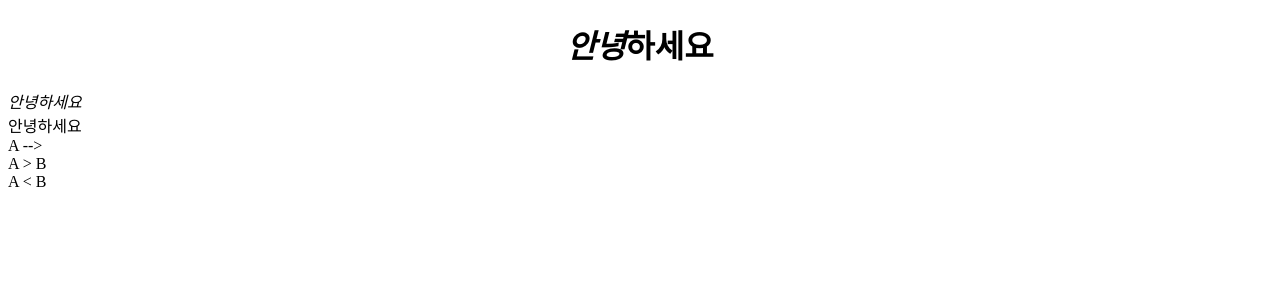
Repository: dnjs0/HCJ
Page: ClientTest/src/main/webapp/ex03.html
These files come from the project's save history. The page is drawn as it stood at one moment and after the next save; the edit follows.
The browser window is 1280 px wide. The pictures show the whole page.

Above is the page before, as saved 2025-02-10 06:49:38.

### ClientTest/src/main/webapp/ex03.html
<!DOCTYPE html>
<html lang="ko">
<head>
	<meta charset="UTF-8">
	<title>ex03.html</title>
</head>
<body>
	<!--

	   HTML 구성요소

	   1. 태그(Tag) / 요소(Element)
	   2. 특성(Attribute)
	   3. 텍스트(PCDATA)
	   -----------------------------------------
	   4. 주석(Comment)
	   -----------------------------------------
	   5. 선언문(Declaration)
	   6. 엔티티(Entity)
	   7. 외부요소
	   8. 등등..


	<!-- 1. 태그(tag) / 요소(element)
	- 명령여를 >로 묶에 놓은 요소
	- HTML의 주요 요소
	- HTML 문서의 골격(뼈대)을 만드는 역할(레이아웃 발생)
	- 데이터를 화면에 출력하는 역할
	- 각 태그마다 역할 부여 > 출력되는 형태 or 기능 or 의미가 다르다.

	1.1 HTML 태그 표현 방식
	   a. <태그명>내용물 영역</태그명>
	       - 내용물을 가지는 태그
	       - 쌍태그
	       - < 태그명> : 시작 태그
	       - </태그명> : 끝태그

	   b. <태그명>
	       - 내용물이 없는 태그
	       - 단독 태그, 빈 태그(Empty tag)

	1.2 태그 내용물 형식, Content type
	   - <태그>형식</태그>
	   a. 자식 태그
	       - 또 다른 테그들이 내용물로 구성된다.
	       - 문자열은 올 수 없다.

	   b. PCDATA, Parsed Character Data
	       - 문자열만 올 수 있다. ex) title
	       - 자식 태그를 가질 수 없다.

	   c. Empty
	       - 아무것도 가지지 않는다. > 단독태그, 빈태그

	   d. Mixed, 혼합형
	       - 자식으로 ㅌ태그와 문자열이 모두 올 수 있다.
	       - a  + b + c
	       - HTML 태그의 대부분은 혼합형이다.


    2. 특성(Attribute)
    - 태그가 가지는 데이터의 한 종류
    - 태그가 가지는 성질을 정의한다.
    - 속성값(CDATA)
	- 표기법
	   a. <시작태그 속성명 = "값"></끝태그>
	   a. <시작태그 속성명 = "값" 속성명 = "값" 속성명 = "값"></끝태그>
	   b. <단독태그 속성명 = "값">

	   c. <시작태그 속성명 = "값"></끝태그> : 사용O
	   d. <시작태그 속성명 = '값'></끝태그> : 사용O
	   e. <시작태그 속성명 = 값></끝태그> : 사용X




    3. 텍스트(PCDATA)
    - 태그가 가지는 문자열(데이터)
    - 시작 태그와 끝 태그 사이의 모든 문자열
	- 용도 : 화면에 출력하는 데이터
	- 파싱(Parsed) > 구문을 분석 + 조각 내는 작업



	6. 엔티티(Entity)
	- 브라우저와 정해진 약속이 되어 있는 표현
	   > 소스상에 약속된 표현을 작성하면, 브라우저는 화면에 출력하기 전에 약속죈 표현으로 바꿔서 출력한다.
	- &nbsp; > 공백문자 1개
	- &gt; > '>' greater than
	- &lt; > '<' less than
	- &copy;
	- &#문자코드;

	-->




	<h1 align = "center"><i>안녕</i>하세요</h1>
	<i>안녕하세요</i>
	<br>
	안녕하세요
	<br>
	&#65;


	-->


	<div>A &gt; B</div>
	<div>A &lt; B</div>




</body>
</html>

After the next save:
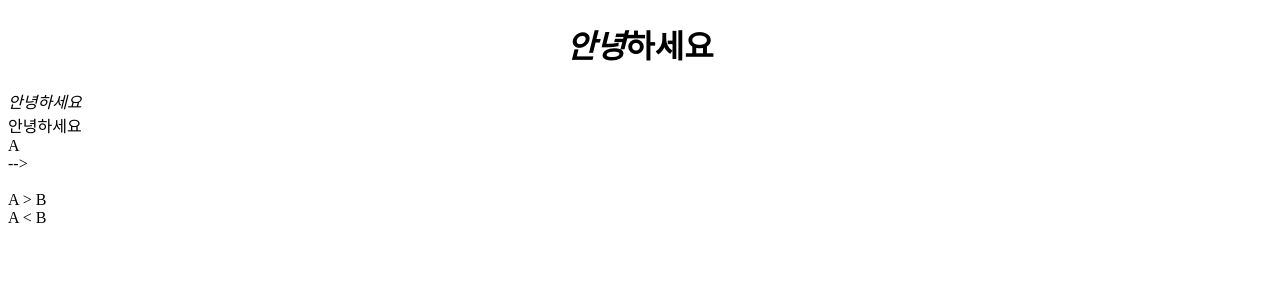
Saved 46 s later.
--- a/ClientTest/src/main/webapp/ex03.html
+++ b/ClientTest/src/main/webapp/ex03.html
@@ -101,10 +101,11 @@
 	<br>
 	안녕하세요
 	<br>
-	&#65;
+	<div>&#65;</div>
 
 
 	-->
+	<div>&#1;</div>
 
 
 	<div>A &gt; B</div>
